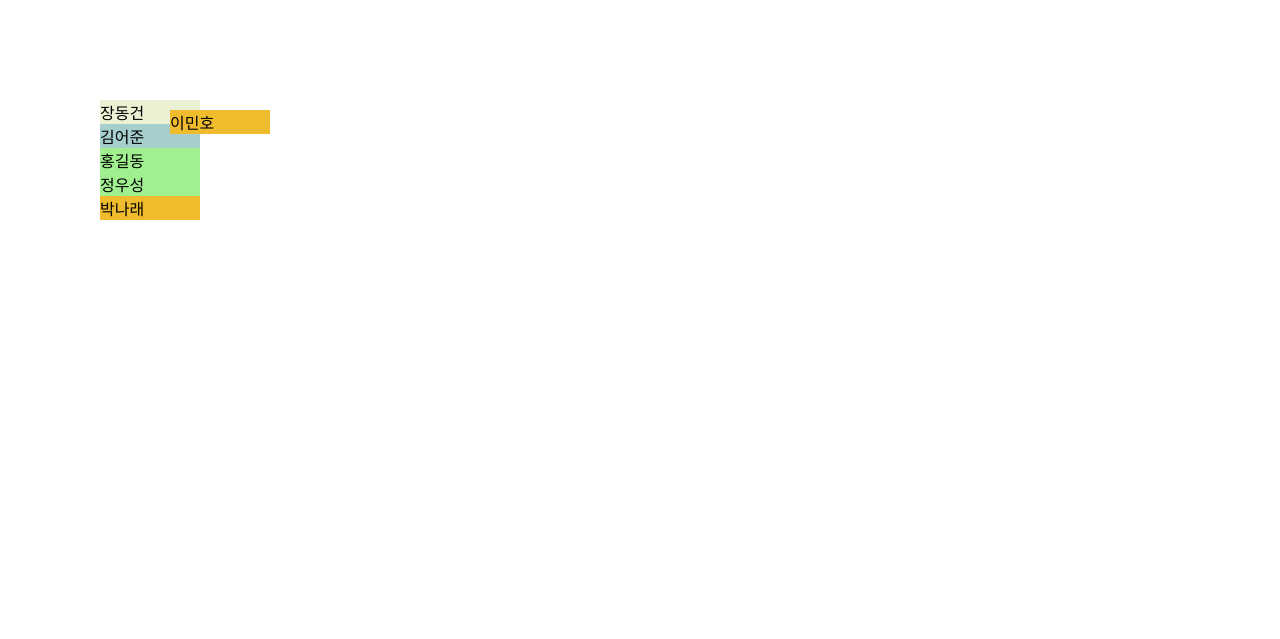
Repository: snowcuphea/webwork_class
Page: clientweb/WebContent/css/css_position_test.html
The author's editor kept a copy of each file at every save. The page is drawn from the files as they stood at one save, then again after the next save.
The browser window is 1280 px wide. The pictures show the whole page.

Above is the page before, as saved 2020-01-03 07:23:43.

### clientweb/WebContent/css/css_position_test.html
<!DOCTYPE html>
<html>
<head>
<meta charset="EUC-KR">
<title>Insert title here</title>


<style type="text/css">
#outer {
	background-color: begie;
	position: absolute;
	width: 500px;
	left: 100px;
	top: 100px;
	height: 500px;
}

#jang {
	background-color: #eaf2d3;
	width: 100px;
	position : static;
	left: 70px;
	top: 10px;

}

#kim {
	background-color: #a7cece;
	width: 100px;

}

#lee {
	background-color: #f0bc2e;
	width: 100px;
	position : absolute;/*기준위치에서 지정된 위치로 이동,부모위치(#outer)를 기준으로 설정*/
	left: 70px;
	top: 10px;
}

#hong {
	background-color: #a0f090;
	width: 100px;

}

#jung {
	background-color: #a0f090;
	width: 100px;
}

#park {
	background-color: #f0bc2e;
	width: 100px;
}
</style>
</head>
<body>
	<div id="outer">
		<div id="jang">장동건</div>
		<div id="kim">김어준</div>
		<div id="lee">이민호</div>
		<div id="hong">홍길동</div>
		<div id="jung">정우성</div>
		<div id="park">박나래</div>
	</div>
</body>
</html>

After the next save:
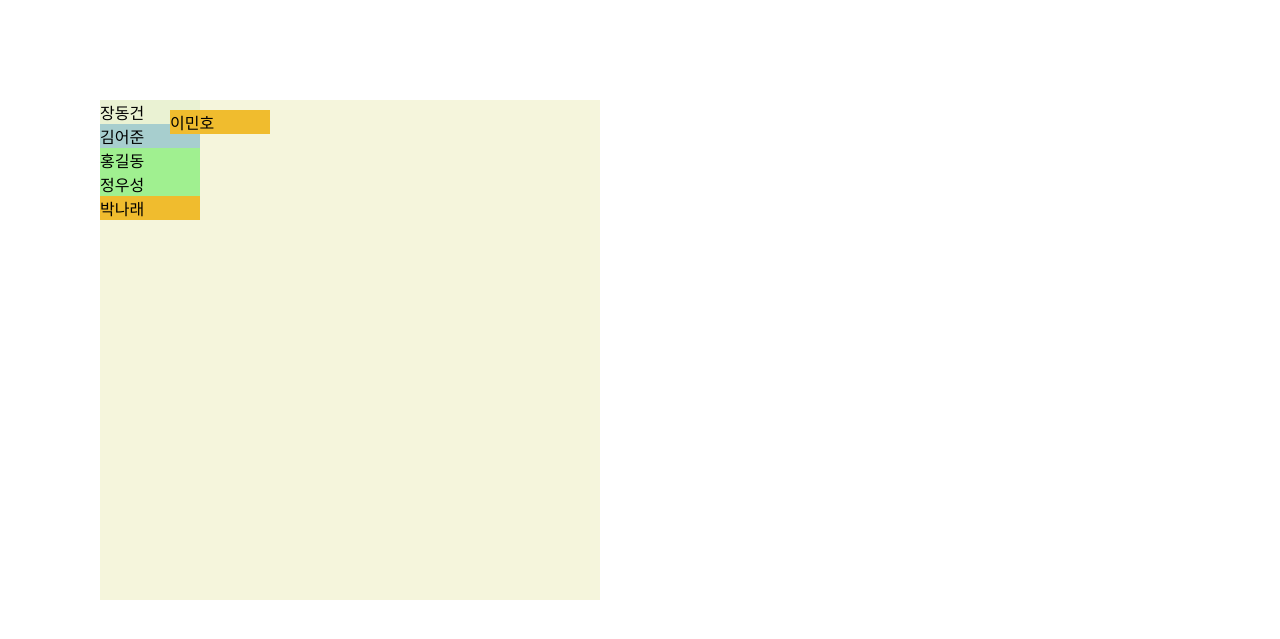
Saved 7 s later.
--- a/clientweb/WebContent/css/css_position_test.html
+++ b/clientweb/WebContent/css/css_position_test.html
@@ -7,7 +7,7 @@
 
 <style type="text/css">
 #outer {
-	background-color: begie;
+	background-color: beige;
 	position: absolute;
 	width: 500px;
 	left: 100px;
